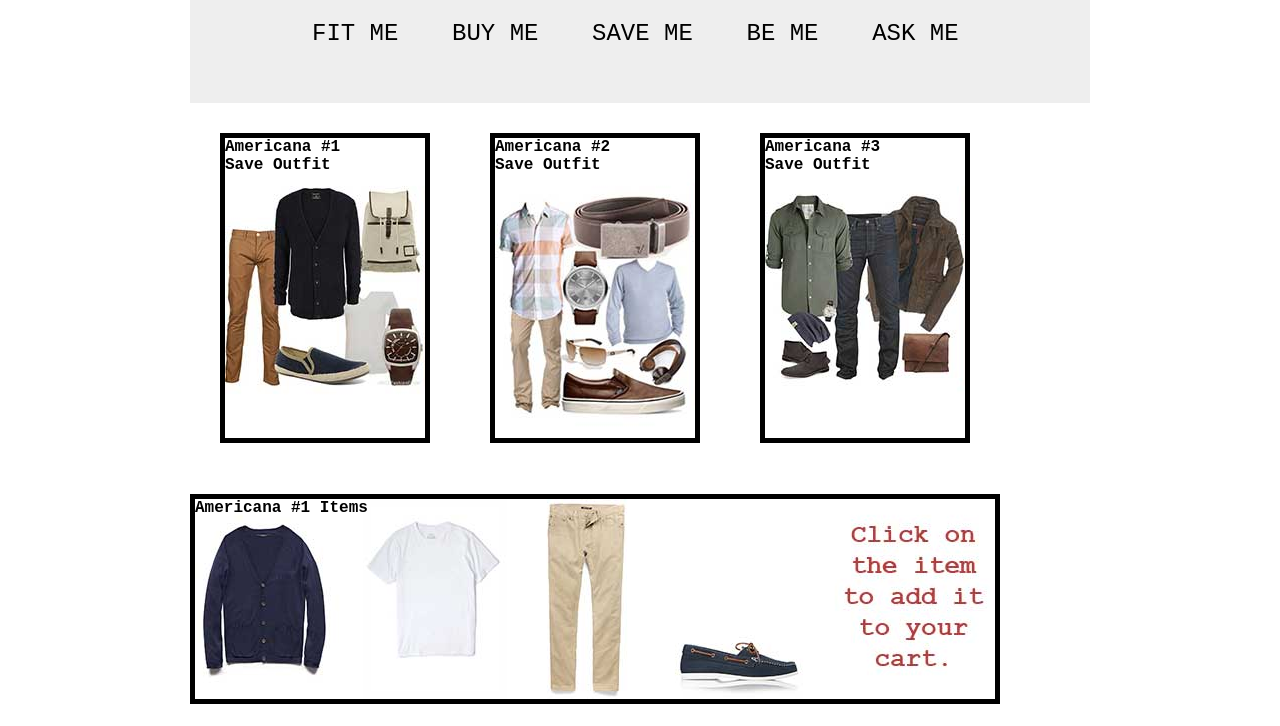
Repository: kesquili/kesquili.github.io
Page: fitin/buyme_americana.html
The author's editor kept a record of every edit. The page is drawn from the files as they stood at one moment, then again after the next edit.
The browser window is 1280 px wide. The pictures show the whole page.

Above is the page before.

### fitin/buyme_americana.html
<!doctype html>
<html>
<head>
<meta charset="UTF-8">
<title>FitIn</title>
<link href="styles.css" rel="stylesheet" type="text/css">
</head>
<body>
    <div class="wrapper">
        <nav>
        <ul>
         <li><a href="fitme.html">FIT ME</a></li>
         <li><a href="buyme_americana.html">BUY ME</a></li>
         <li><a href="saveme.html">SAVE ME</a></li>
         <li><a href="beme.html">BE ME</a></li>
         <li><a href="askme.html">ASK ME</a></li>
        </ul>
        </nav>
        <br>
        <br>
        <div class="results">
            <h4 id="americana3"><div class="text">Americana #1 <br> <a href="saveme.html">Save Outfit</a></div></h4>
            <h4 id="americana2"><div class="text">Americana #2 <br> <a href="saveme.html">Save Outfit</a></div></h4>
            <h4 id="americana1"><div class="text">Americana #3 <br> <a href="saveme.html">Save Outfit</a></div></h4>
        </div>
        <div class="breakdown">
            <h4 id="americana"><div class="text">Americana #1 Items</div></h4>
        </div>
    </div>
<script type="text/javascript" src="jquery-1.11.2.min.js"></script>
<script type="text/javascript" src="script.js"></script>

</body>
</html>

### fitin/styles.css
@charset "UTF-8";
/* CSS Document */

body {
font: 14px;
font-style: bold;
font-family: "Courier New", Courier;
margin: 0;
padding: 0;
}

.wrapper {
	width: 900px;
	margin: 0 auto;
	background-color: #eee;
	height: 100%;
}
nav {
    width: 700px;
    margin: 0 auto;
    padding: 20px;
}
nav a{
    color: black;
    text-decoration: none;
    font-size: 24px;
    margin: 10px 20px;
    border: 2px solid transparent;
}
nav a:hover {
	color: #9C0310;
	border: 2px dotted #9C0310;
}

ul{
    list-style-type: none;
    margin: 0;
    padding: 0;
}

li{
    display: inline;
}

.form{
    margin: 0 auto;
}

.form h4{
    font-size: 20px;
}

.results a{
	text-decoration: none;
	color: black;
}

.results h4:hover {
	background-position: 0px auto;
	background-position: 200px 0%;
}
.results #hipster1{
	border: 5px;
	border-color: black;
	border-style: solid;
	margin: 30px;
	width: 200px;
	height: 300px;
	float: left;
	background-image: url(Images/hipstersprite1.jpg);
}
.results #hipster2{
	border: 5px;
	border-color: black;
	border-style: solid;
	margin: 30px;
	width: 200px;
	height: 300px;
	float: left;
	background-image: url(Images/hipstersprite2.jpg);
}
.results #hipster3{
	border: 5px;
	border-color: black;
	border-style: solid;
	margin: 30px;
	width: 200px;
	height: 300px;
	float: left;
	background-image: url(Images/hipstersprite3.jpg);
}

.breakdown #hipster {
	border: 5px solid #060606;
	width: 800px;
	height: 200px;
	margin: 30px;
	display: none;
	background-image: url(Images/hipsterbreakdown1.jpg);
}
.breakdown #hipster:hover {
	border: 5px solid #060606;
	width: 800px;
	height: 200px;
	margin: 30px;
	display: block;
	background-image: url(Images/hipsterbreakdown2.jpg);
}


.results #urban1{
	border: 5px;
	border-color: black;
	border-style: solid;
	margin: 30px;
	width: 200px;
	height: 300px;
	float: left;
	background-image: url(Images/urbansprite1.jpg);
}
.results #urban2{
	border: 5px;
	border-color: black;
	border-style: solid;
	margin: 30px;
	width: 200px;
	height: 300px;
	float: left;
	background-image: url(Images/urbansprite2.jpg);
}
.results #urban3{
	border: 5px;
	border-color: black;
	border-style: solid;
	margin: 30px;
	width: 200px;
	height: 300px;
	float: left;
	background-image: url(Images/urbansprite3.jpg);
}

.breakdown #urban {
	background-image: url(Images/urbanbreakdown1.jpg);
	width: 800px;
	height: 200px;
	display: none;
}
.breakdown #urban:hover  {
	background-image: url(Images/urbanbreakdown2.jpg);
}

.results #americana3{
	border: 5px;
	border-color: black;
	border-style: solid;
	margin: 30px;
	width: 200px;
	height: 300px;
	float: left;
	background-image: url(Images/americanasprite3.jpg);
}
.results #americana2{
	border: 5px;
	border-color: black;
	border-style: solid;
	margin: 30px;
	width: 200px;
	height: 300px;
	float: left;
	background-image: url(Images/americanasprite2.jpg);
}
.results #americana1{
	border: 5px;
	border-color: black;
	border-style: solid;
	margin: 30px;
	width: 200px;
	height: 300px;
	float: left;
	background-image: url(Images/americanasprite1.jpg);
}

.breakdown #americana{
	width: 800px;
	height: 200px;
	border: 5px;
	border-color: black;
	border-style: solid;
	float: left;
	position: relative;
	background-image: url(Images/americanabreakdown1.jpg);
}
.breakdown #americana:hover {
	width: 800px;
	height: 200px;
	border: 5px;
	border-color: black;
	border-style: solid;
	float: left;
	position: relative;
	background-image: url(Images/americanabreakdown2.jpg);
}

.breakdown h4{
	border: 5px;
	border-color: black;
	border-style: solid;
	float: left;
	position: relative;
}

.sideimage {
	border: 10px solid black;
	width: 300px;
	height: 460px;
	float: left;
	margin-right: 12px;
	background-image: url(Images/Ask-Me.jpg);
}

.signup{
    margin-left: 20px;
    float: left;
}

.sell{
    display: block;
    float: left;
    max-width: 500px;
    min-width: 400px;
}

h6{
    font-size: 12px;
    font-family: Helvetica, sans-serif;
    padding: 0;
    display: inline-block;
    width: 120px;
    text-align: right;
    margin: 5px 0;
}

input {
    background-color: red;
    color: white;
    border: none;
    outline: none;
}

.closet {
	margin-left: auto;
	margin-right: auto;
	display: block;
	position: relative;
	/* [disabled]clear: both; */
}
.closet h4{
	border: 5px;
	border-color: black;
	border-style: solid;
	margin-top: 30px;
	margin-right: 30px;
	margin-left: 30px;
	margin-bottom: 30px;
	width: 200px;
	height: 300px;
	float: left;
}
.closet #closet1 {
	margin-left: auto;
	margin-right: auto;
	display: block;
	position: relative;
	/* [disabled]clear: both; */
	background-image: url(Images/americanasprite3.jpg);
}
.closet #closet2 {
	margin-left: 30px;
	margin-right: 30px;
	display: block;
	position: relative;
	/* [disabled]clear: both; */
	background-image: url(Images/hipstersprite3.jpg);
}
.closet #closet3 {
	margin-left: 30px;
	margin-right: 30px;
	display: block;
	position: relative;
	/* [disabled]clear: both; */
	background-image: url(Images/closet3.jpg);
}
.closet #closet4 {
	margin-left: 30px;
	margin-right: 30px;
	display: block;
	position: relative;
	/* [disabled]clear: both; */
	background-image: url(Images/closet4.jpg);
}
.closet #closet5 {
	margin-left: 30px;
	margin-right: 30px;
	display: block;
	position: relative;
	/* [disabled]clear: both; */
	background-image: url(Images/closet5.jpg);
}

.form form a {
	text-decoration: none;
	color: #9C0310;
	font-family: Courier New, Courier;
	font-weight: bold;
}

### fitin/script.js

 $("#americana3").click(function(){
        $("#americana").toggle();
});


$("#urban2").click(function(){
        $("#urban").toggle();
});

$("#hipster3").click(function(){
        $("#hipster").toggle();
});

Loaded but not shown: fitin/jquery-1.11.2.min.js (library)

After the next edit:
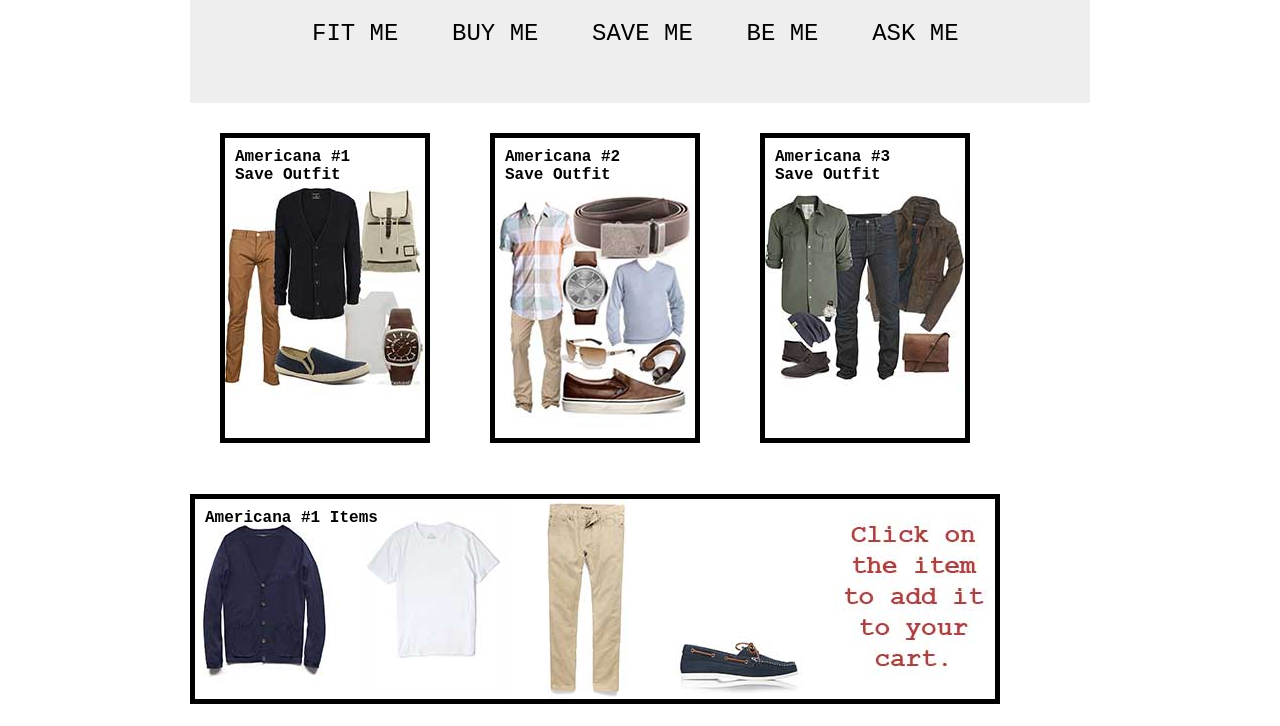
The edit:
--- a/fitin/styles.css
+++ b/fitin/styles.css
@@ -50,6 +50,11 @@
     font-size: 20px;
 }
 
+.text {
+	position: relative;
+	top: 10px;
+	left: 10px;
+}
 .results a{
 	text-decoration: none;
 	color: black;
